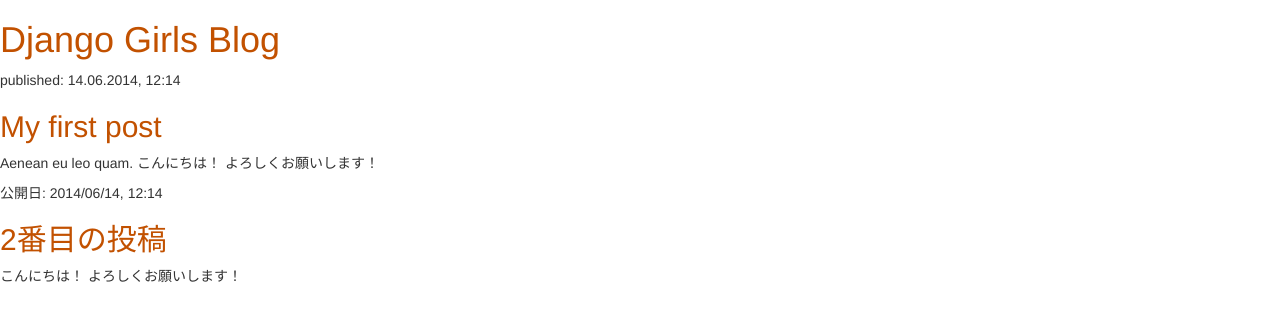
Repository: yoku-094/practice_python
Page: http://localhost/
These files come from the project's save history. The page is drawn as it stood at one moment and after the next save; the edit follows.
The browser window is 1280 px wide. The pictures show the whole page.
Some web libraries are served in a nearby version. The page is served by the project's application, run on Django 3.2 (manage.py). Other server files are loaded and not shown. Queries for data that is not in the repository find no rows.

Above is the page before, as saved 2022-08-30 12:36:18.

### blog/templatetags/markdown_filter.py
import markdown
from django import template
from django.utils.safestring import mark_safe

register = template.Library()

@register.filter
def markdown_to_html(text):
    return mark_safe(markdown.markdown(text))

### blog/templates/blog/post_list.html
{% load static %}
<html>
  <head>
    <title>Django Girls blog</title>
    <link
      rel="stylesheet"
      href="//maxcdn.bootstrapcdn.com/bootstrap/3.2.0/css/bootstrap.min.css"
    />
    <link
      rel="stylesheet"
      href="//maxcdn.bootstrapcdn.com/bootstrap/3.2.0/css/bootstrap-theme.min.css"
    />
    <link rel="stylesheet" href="{% static 'css/blog.css' %}" />
  </head>
  <body>
    <div>
      <h1><a href="/">Django Girls Blog</a></h1>
    </div>

    {% for post in posts %}
    <div>
      <p>published: {{ post.published_date }}</p>
      <h2><a href="">{{ post.title }}</a></h2>
      <p>{{ post.text|linebreaksbr }}</p>
    </div>
    {% endfor %}

    <div>
      <p>published: 14.06.2014, 12:14</p>
      <h2><a href="">My first post</a></h2>
      <p>Aenean eu leo quam. こんにちは！ よろしくお願いします！</p>
    </div>

    <div>
      <p>公開日: 2014/06/14, 12:14</p>
      <h2><a href="">2番目の投稿</a></h2>
      <p>こんにちは！ よろしくお願いします！</p>
    </div>
  </body>
</html>

### blog/views.py
from django.shortcuts import render
from django.utils import timezone
from .models import Post

# ポストの一覧を表示（モデルに情報を要求し、テンプレートに渡す）
def post_list(request):
    # request：インターネットを介してユーザから受け取った全ての情報が詰まったもの

    # Postモデルからブログの記事を取り出して並べ替える
    posts = Post.objects.filter(published_date__lte=timezone.now()).order_by('published_date')

    # {}の中に指定した情報をテンプレートで表示（{'名前': 値（クエリセット）}）
    return render(request, 'blog/post_list.html', {'posts': posts})

### mysite/urls.py
"""mysite URL Configuration

The `urlpatterns` list routes URLs to views. For more information please see:
    https://docs.djangoproject.com/en/3.2/topics/http/urls/
Examples:
Function views
    1. Add an import:  from my_app import views
    2. Add a URL to urlpatterns:  path('', views.home, name='home')
Class-based views
    1. Add an import:  from other_app.views import Home
    2. Add a URL to urlpatterns:  path('', Home.as_view(), name='home')
Including another URLconf
    1. Import the include() function: from django.urls import include, path
    2. Add a URL to urlpatterns:  path('blog/', include('blog.urls'))
"""
from django.contrib import admin
from django.urls import path, include

urlpatterns = [
    path('admin/', admin.site.urls),

    # リダイレクト
    path('', include('blog.urls')),
]

### blog/static/css/blog.css
h1 a,
h2 a {
  color: #c25100;
}

Loaded but not shown: blog/urls.py (common file)

After the next save:
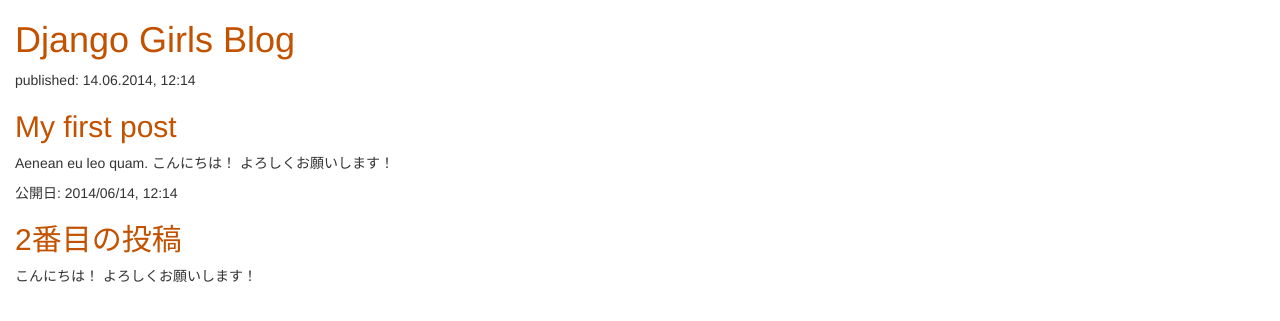
Saved 109 s later.
--- a/blog/static/css/blog.css
+++ b/blog/static/css/blog.css
@@ -2,3 +2,7 @@
 h2 a {
   color: #c25100;
 }
+
+body {
+  padding-left: 15px;
+}
